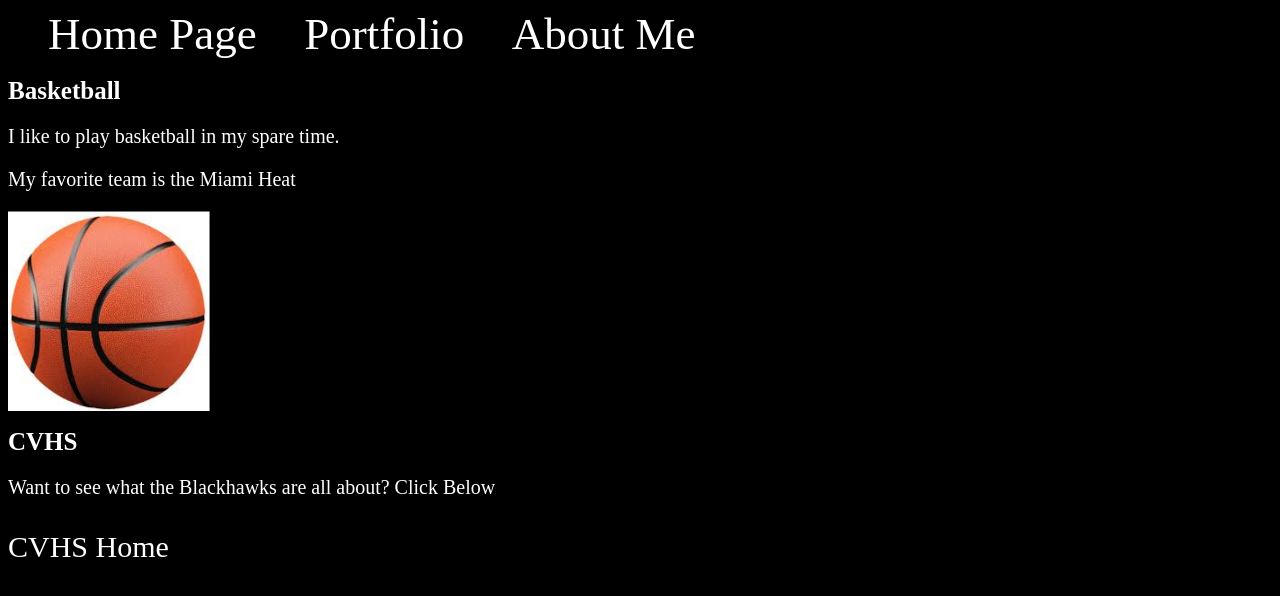
Repository: jacobhayman22/jacobhayman22.github.io
Page: about.html
The author's editor kept a record of every edit. The page is drawn from the files as they stood at one moment, then again after the next edit.
The browser window is 1280 px wide. The pictures show the whole page.

Above is the page before.

### about.html
<html>
    <head>
        <title>About Me</title>
           <link rel="stylesheet" type="text/css" href="style.css">
    </head>
    <body>
    <ul>
        <li> <a href="index.html">Home Page</a></li>
        <li> <a href="portfolio.html">Portfolio</a></li>
        <li> <a href="about.html">About Me</a></li>
    </ul>

    <h1> Basketball </h1>
    <p>I like to play basketball in my spare time. </p>
    <p>My favorite team is the Miami Heat </p>
    <img src="styles\img\basketball.PNG" alt="crestline" height="200">

    <h1> CVHS </h1>
    <p>Want to see what the Blackhawks are all about? Click Below</p>
    <br>
    <a href="https://www.redlandsusd.net/cvhs">CVHS Home</a>

</body>
</html>

### style.css


  /*body { */
    /*    background-color: black;*/
    /*    font-size: 10px;*/
    /*        }*/
    /*        a {*/
    /*            font-size: 3em;*/
    /*        }*/

    /*        a:link, a:visited {*/
    /*            color: white;*/
    /*        }*/
 body {
      background-color:black;
      list-style: none;
      font-size:10px;
 }
  a {
   color: white;
   font-size: 3em;
   text-decoration: none;
  }

   li {
    display: inline;
    padding-right: 20px;
    margin-right: 25px;
   }

   p {
    color:white ;
   font-size: 2em;
   }
   h1{
    color:white ;
    font-size: 2.5em;
   }
   li{
    color:white ;
    font-size: 1.5em
   }
   h2{
    color:white ;
    font-size: 2em;
   }

After the next edit:
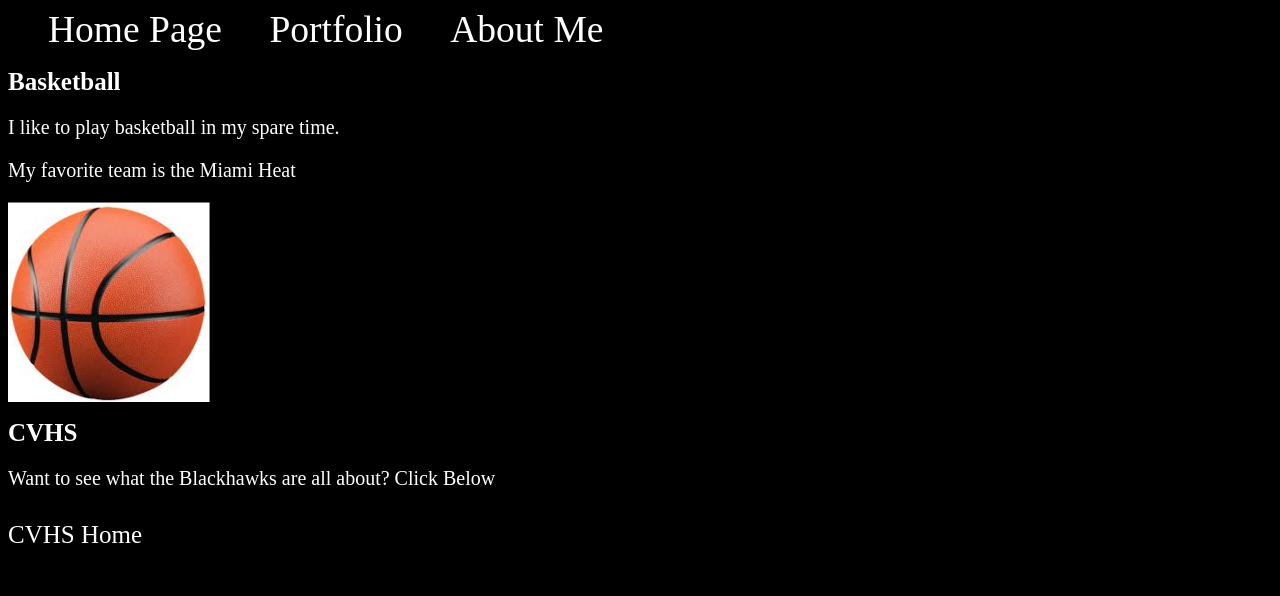
The edit:
--- a/style.css
+++ b/style.css
@@ -18,7 +18,7 @@
  }
   a {
    color: white;
-   font-size: 3em;
+   font-size: 2.5em;
    text-decoration: none;
   }
 
